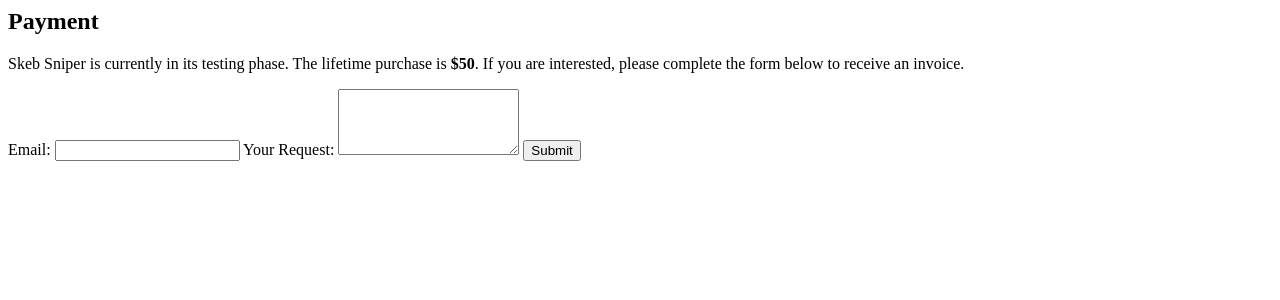
Repository: LuckyWah/kasorashibainu.com
Page: payment.html
The author's editor kept a copy of each file at every save. The page is drawn from the files as they stood at one save, then again after the next save.
The browser window is 1280 px wide. The pictures show the whole page.

Above is the page before, as saved 2025-03-08 18:26:50.

After the next save:
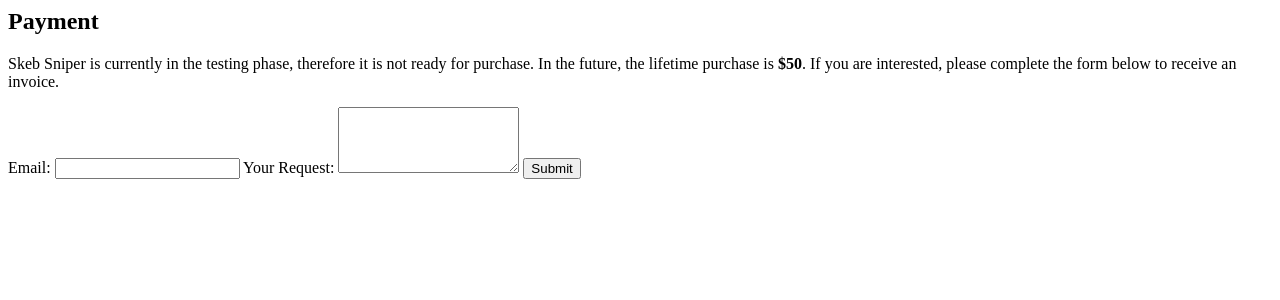
Saved 101 min 30 s later.
--- a/payment.html
+++ b/payment.html
@@ -1,7 +1,7 @@
 <div id="payment" class="tabcontent">
   <div class="info-section">
       <h2>Payment</h2>
-      <p>Skeb Sniper is currently in its testing phase. The lifetime purchase is <strong>$50</strong>. If you are interested, please complete the form below to receive an invoice.</p>
+      <p>Skeb Sniper is currently in the testing phase, therefore it is not ready for purchase. In the future, the lifetime purchase is <strong>$50</strong>. If you are interested, please complete the form below to receive an invoice.</p>
       <form id="paymentForm" action="https://formspree.io/f/myzkjbda" method="POST">
           <label for="email">Email:</label>
           <input type="email" id="email" name="email" required>
